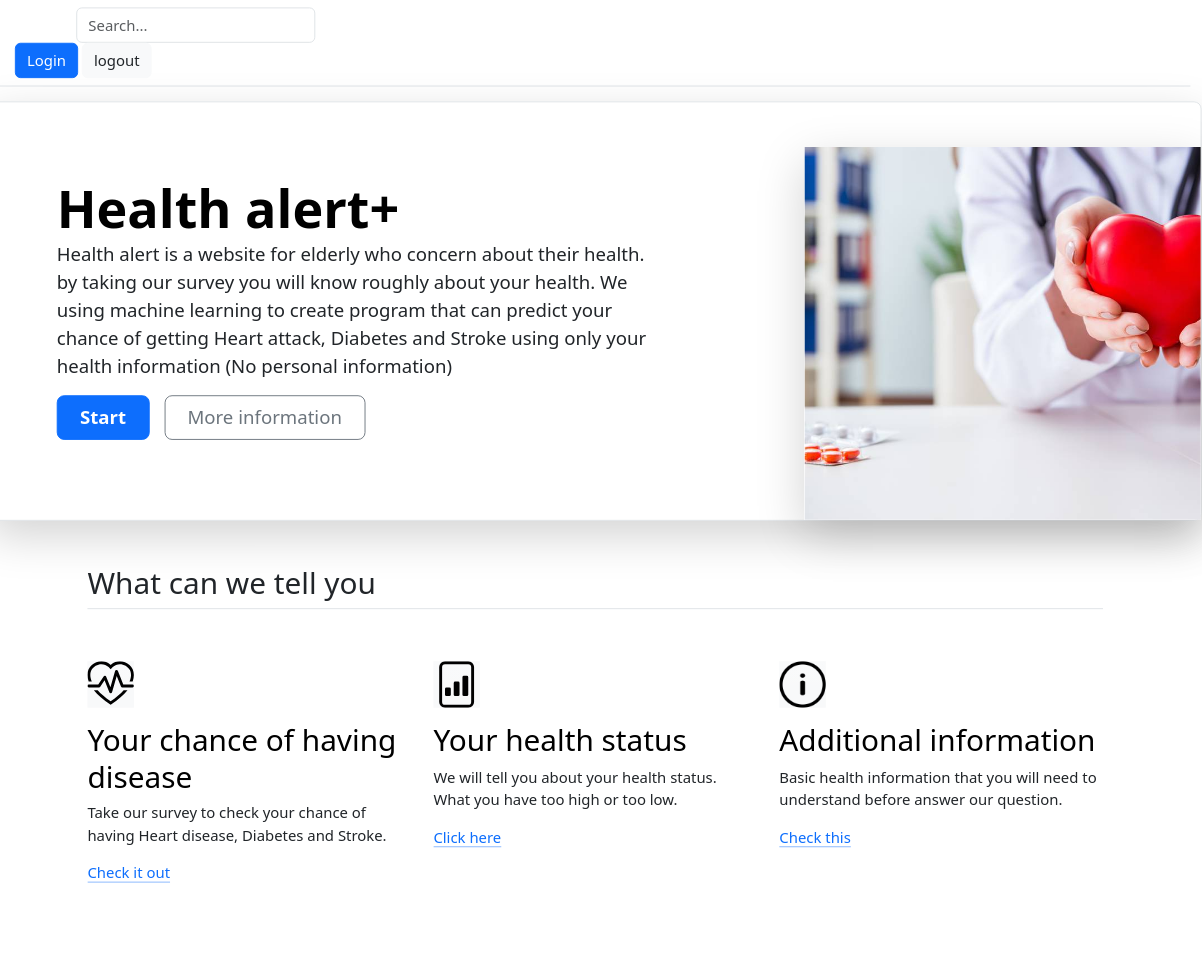
Repository: aneforollll/webapp
Page: http://localhost/
The author's editor kept a copy of each file at every save. The page is drawn from the files as they stood at one save, then again after the next save.
The browser window is 1280 px wide. The page is 1292 px wide, so the pictures cover 1292 px, including what lies to the right of the window. The pictures show the whole page, at 93% of full size.
The page is run by PHP 8.4 with error messages shown; the project is at /var/www/html/.

Above is the page before, as saved 2024-01-15 10:44:42.

### index.php

<html lang="en">
  <head>
    <meta charset="utf-8">
    <meta name="viewport" content="width=device-width, initial-scale=1">
    <title>Health alert demo</title>
    <link href="https://cdn.jsdelivr.net/npm/bootstrap@5.3.2/dist/css/bootstrap.min.css" rel="stylesheet" integrity="sha384-T3c6CoIi6uLrA9TneNEoa7RxnatzjcDSCmG1MXxSR1GAsXEV/Dwwykc2MPK8M2HN" crossorigin="anonymous">
  </head>
  <body>

  <div class="px-3 py-2 border-bottom mb-3">
      <div class="container d-flex flex-wrap justify-content-center">
        <form class="col-12 col-lg-auto mb-2 mb-lg-0 me-lg-auto">
          <input type="search" class="form-control" placeholder="Search..." aria-label="Search">
        </form>
      </div>
        <div class="justify-content-end">
          <button type="button" class="btn btn-primary">Login</button>
          <button type="button" class="btn btn-light text-dark me-2">logout</button>
        </div>
      </div>
    </div>
    <div class="row p-4 pb-0 pe-lg-0 pt-lg-5 align-items-center rounded-3 border shadow-lg">
        <div class="col-lg-7 p-3 p-lg-5 pt-lg-3">
          <h1 class="display-4 fw-bold lh-1 text-body-emphasis">Health alert+</h1>
          <p class="lead">Health alert is a website for elderly who concern about their health. by taking our survey you will know roughly about your health.
            We using machine learning to create program that can predict your chance of getting Heart attack, Diabetes and Stroke using only your health information (No personal information) </p>
          <div class="d-grid gap-2 d-md-flex justify-content-md-start mb-4 mb-lg-3">
            <button type="button" class="btn btn-primary btn-lg px-4 me-md-2 fw-bold" onclick="document.location='healthalertform.php'">Start</button>
            <button type="button" class="btn btn-outline-secondary btn-lg px-4" onclick="document.location='FAQ.php'">More information</button>
          </div>
        </div>
        <div class="col-lg-4 offset-lg-1 p-0 overflow-hidden shadow-lg">
            <img class="rounded-lg-3" src="images/heart.jpg" alt="" width="600
            ">
        </div>
      </div>
      <div class="container px-4 py-5" id="featured-3">
        <h2 class="pb-2 border-bottom">What can we tell you</h2>
        <div class="row g-4 py-5 row-cols-1 row-cols-lg-3">
          <div class="feature col">
            <div class="feature-icon d-inline-flex align-items-center justify-content-center text-bg-light bg-gradient fs-2 mb-3">
              <svg xmlns="http://www.w3.org/2000/svg" width="50" height="50" fill="light" class="bi bi-heart-pulse" viewBox="0 0 16 16">
                <path d="m8 2.748-.717-.737C5.6.281 2.514.878 1.4 3.053.918 3.995.78 5.323 1.508 7H.43c-2.128-5.697 4.165-8.83 7.394-5.857.06.055.119.112.176.171a3.12 3.12 0 0 1 .176-.17c3.23-2.974 9.522.159 7.394 5.856h-1.078c.728-1.677.59-3.005.108-3.947C13.486.878 10.4.28 8.717 2.01zM2.212 10h1.315C4.593 11.183 6.05 12.458 8 13.795c1.949-1.337 3.407-2.612 4.473-3.795h1.315c-1.265 1.566-3.14 3.25-5.788 5-2.648-1.75-4.523-3.434-5.788-5Z"/>
                <path d="M10.464 3.314a.5.5 0 0 0-.945.049L7.921 8.956 6.464 5.314a.5.5 0 0 0-.88-.091L3.732 8H.5a.5.5 0 0 0 0 1H4a.5.5 0 0 0 .416-.223l1.473-2.209 1.647 4.118a.5.5 0 0 0 .945-.049l1.598-5.593 1.457 3.642A.5.5 0 0 0 12 9h3.5a.5.5 0 0 0 0-1h-3.162z"/>
              </svg>
            </div>
            <h3 class="fs-2 text-body-emphasis">Your chance of having disease</h3>
            <p>Take our survey to check your chance of having Heart disease, Diabetes and Stroke.</p>
            <a href="healthalertform.php" class="icon-link">
              Check it out
              <svg class="bi"><use xlink:href="#chevron-right"></use></svg>
            </a>
          </div>
          <div class="feature col">
            <div class="feature-icon d-inline-flex align-items-center justify-content-center text-bg-light bg-gradient fs-2 mb-3">
              <svg xmlns="http://www.w3.org/2000/svg" width="50" height="50" fill="light" class="bi bi-file-bar-graph" viewBox="0 0 16 16">
                <path d="M4.5 12a.5.5 0 0 1-.5-.5v-2a.5.5 0 0 1 .5-.5h1a.5.5 0 0 1 .5.5v2a.5.5 0 0 1-.5.5zm3 0a.5.5 0 0 1-.5-.5v-4a.5.5 0 0 1 .5-.5h1a.5.5 0 0 1 .5.5v4a.5.5 0 0 1-.5.5zm3 0a.5.5 0 0 1-.5-.5v-6a.5.5 0 0 1 .5-.5h1a.5.5 0 0 1 .5.5v6a.5.5 0 0 1-.5.5z"/>
                <path d="M4 0a2 2 0 0 0-2 2v12a2 2 0 0 0 2 2h8a2 2 0 0 0 2-2V2a2 2 0 0 0-2-2zm0 1h8a1 1 0 0 1 1 1v12a1 1 0 0 1-1 1H4a1 1 0 0 1-1-1V2a1 1 0 0 1 1-1"/>
              </svg>
            </div>
            <h3 class="fs-2 text-body-emphasis">Your health status</h3>
            <p>We will tell you about your health status. What you have too high or too low.</p>
            <a href="dashboard.php" class="icon-link">
              Click here
              <svg class="bi"><use xlink:href="#chevron-right"></use></svg>
            </a>
          </div>
          <div class="feature col">
            <div class="feature-icon d-inline-flex align-items-center justify-content-center text-bg-light bg-gradient fs-2 mb-3">
              <img class="rounded" src="images/info.png" width="50" height="50" fill="light" >
            </div>
            <h3 class="fs-2 text-body-emphasis">Additional information</h3>
            <p>Basic health information that you will need to understand before answer our question.</p>
            <a href="FAQ.php" class="icon-link">
              Check this
              <svg class="bi"><use xlink:href="#chevron-right"></use></svg>
              <script src="https://cdn.jsdelivr.net/npm/bootstrap@5.3.2/dist/js/bootstrap.bundle.min.js" integrity="sha384-C6RzsynM9kWDrMNeT87bh95OGNyZPhcTNXj1NW7RuBCsyN/o0jlpcV8Qyq46cDfL" crossorigin="anonymous"></script>
            </a>
          </div>
        </div>
      </div>




  </body>
</html>

After the next save:
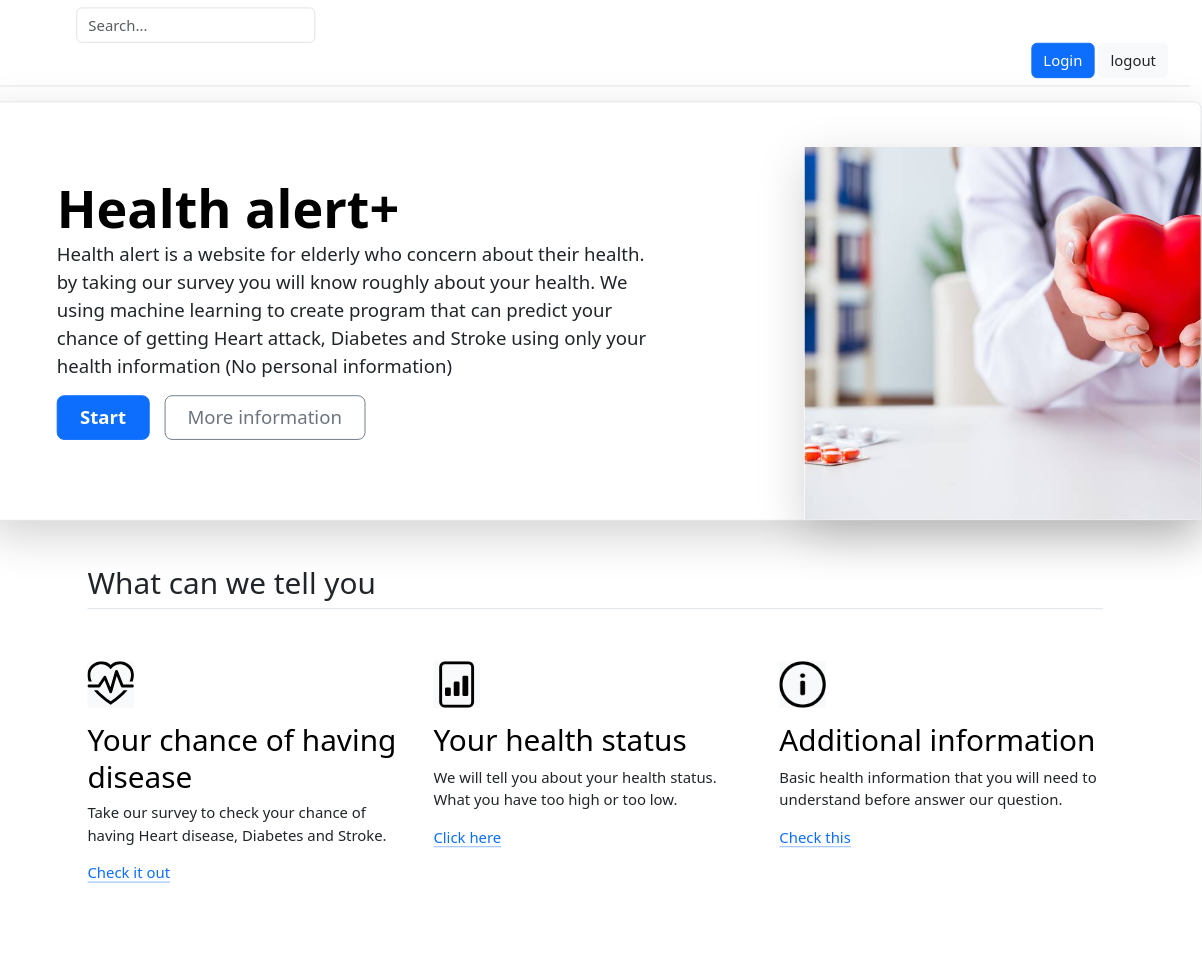
Saved 32 s later.
--- a/index.php
+++ b/index.php
@@ -14,7 +14,7 @@
           <input type="search" class="form-control" placeholder="Search..." aria-label="Search">
         </form>
       </div>
-        <div class="justify-content-end">
+        <div class="text-end">
           <button type="button" class="btn btn-primary">Login</button>
           <button type="button" class="btn btn-light text-dark me-2">logout</button>
         </div>
